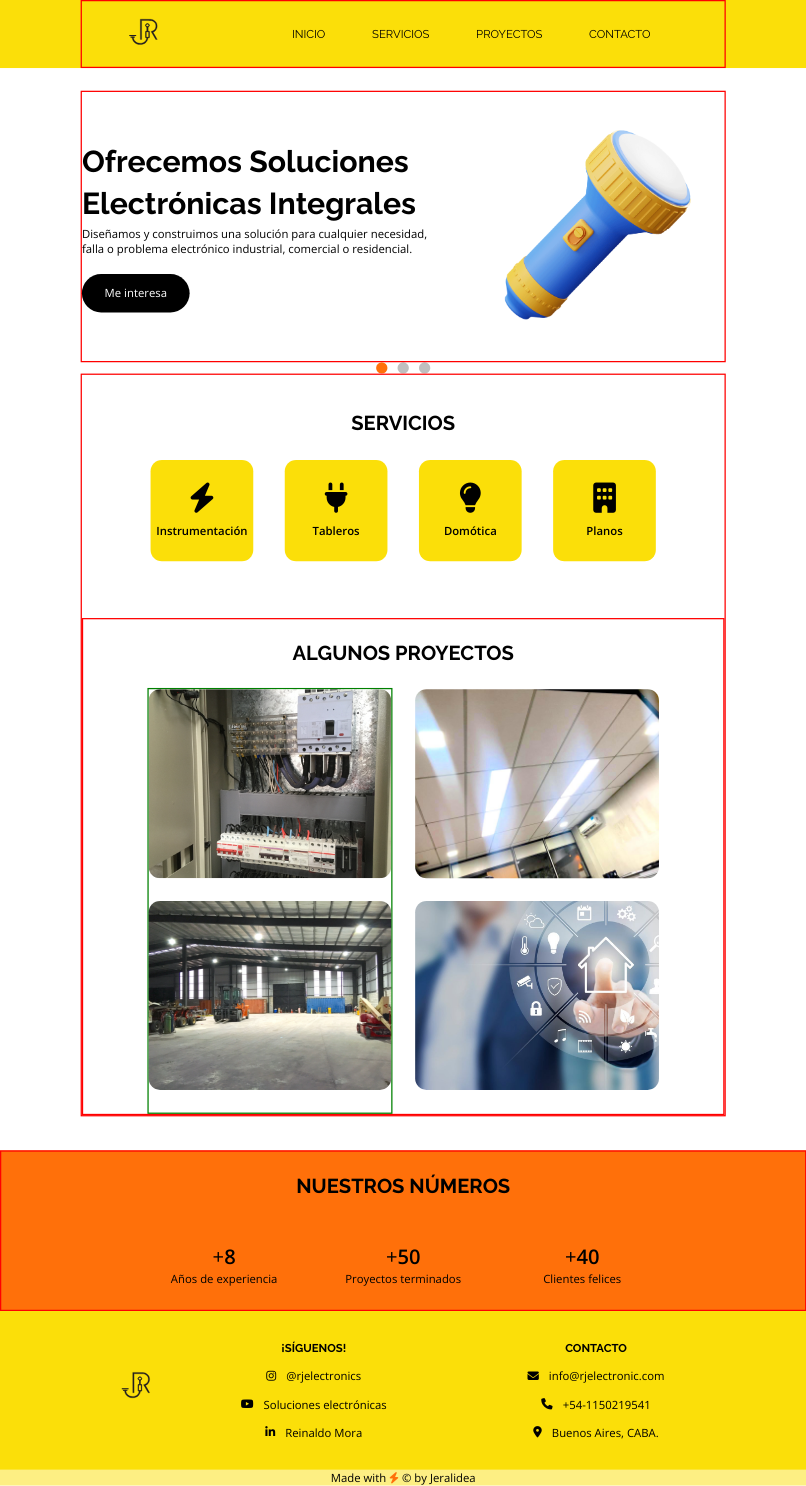
Repository: jeraldinnemg/rjelectronics
Page: index.html
These files come from the project's save history. The page is drawn as it stood at one moment and after the next save; the edit follows.
The browser window is 1280 px wide. The pictures show the whole page, at 63% of full size.
Some web libraries are served in a nearby version.

Above is the page before, as saved 2022-08-04 18:39:17.

After the next save:
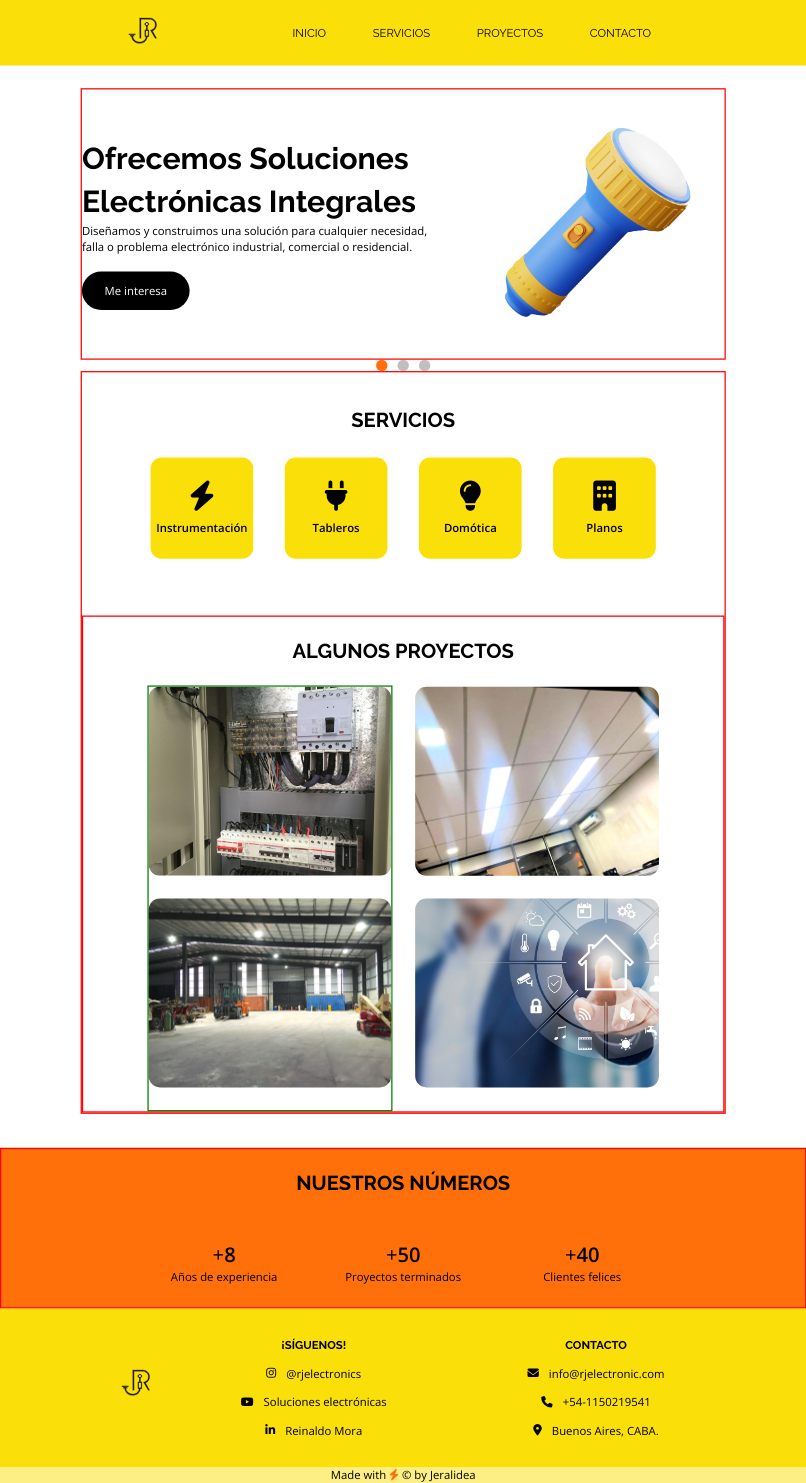
Saved 35 s later.
--- a/index.html
+++ b/index.html
@@ -29,7 +29,7 @@
     </a> -->
 
     <header class="primary-header">
-        <div class="container row" style="border: 2px solid red">
+        <div class="container row">
             <a href="#">
                 <img class="logo" width="50px" height="50px"src="img/logo.svg" alt="logo">
             </a>
